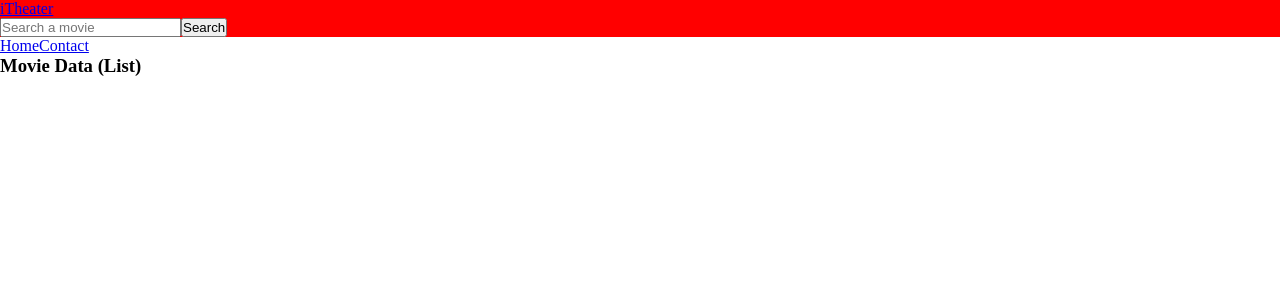
Repository: just-mann/itheater
Page: /
These files come from the project's save history. The page is drawn as it stood at one moment and after the next save; the edit follows.
The browser window is 1280 px wide. The pictures show the whole page.
The page's requests for data from a server got no answer. The project was rebuilt for these pictures with package versions that can differ from the ones it lists, and the page was loaded fresh each time. No one was signed in, and anything a server would have sent is missing. Also part of the build but not shown: src/components/Contact.js, src/components/MovieDetail.js.

Above is the page before, as saved 2021-07-16 03:08:03.

After the next save:
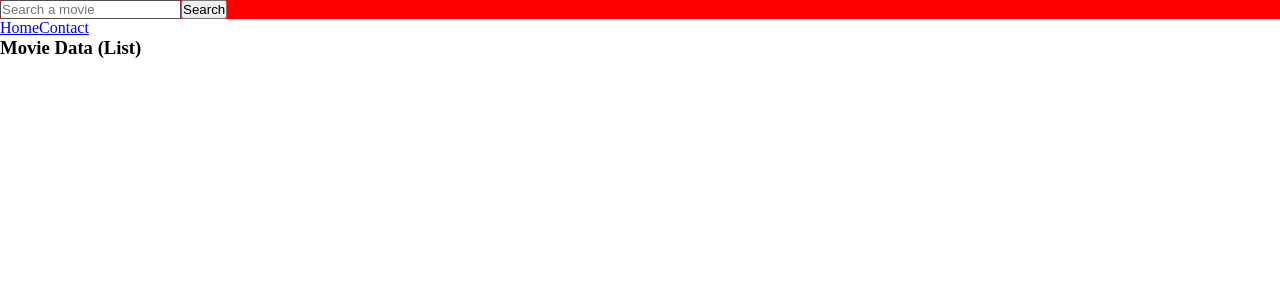
Saved 2 min 24 s later.
--- a/src/components/Header.js
+++ b/src/components/Header.js
@@ -1,11 +1,10 @@
 import React from 'react';
-import {Link} from 'react-router-dom';
+// import {Link} from 'react-router-dom';
 import Search from './Search';
 
 const Header = () => {
     return (
         <div className="Header">
-            <Link className="my_Logo" to='/'>iTheater</Link>
             <Search />
             <div className="currTime"></div>
         </div>
